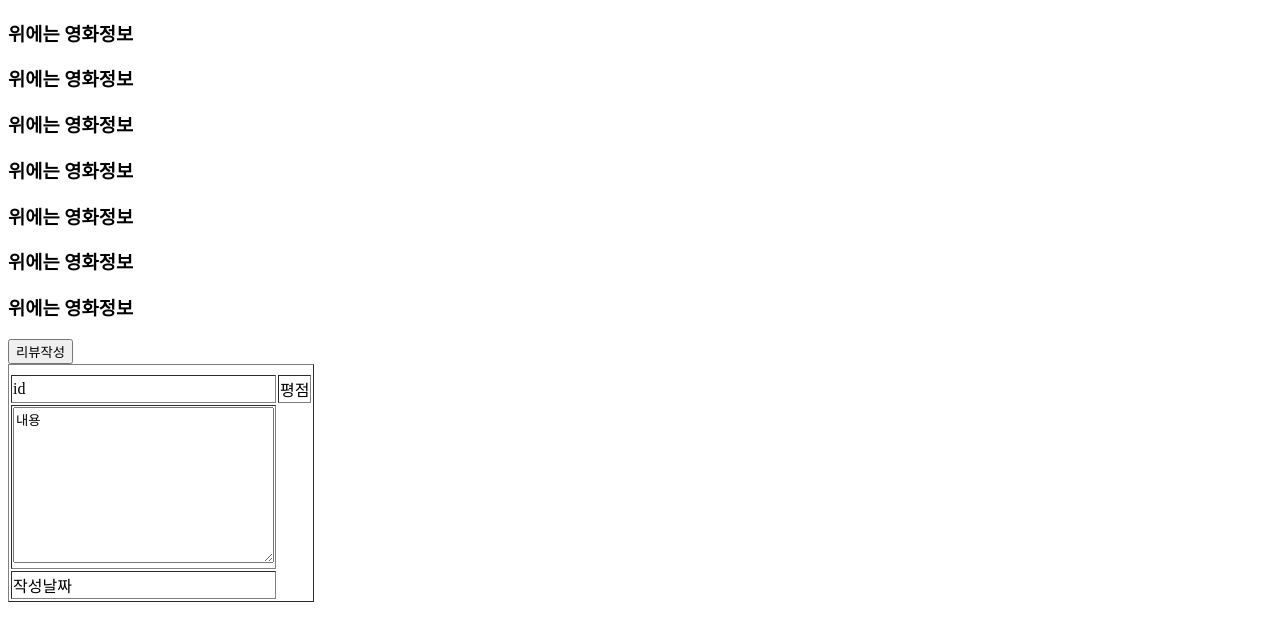
Repository: homerking-092/project
Page: http://localhost/MovieProject/review/review_list.jsp
These files come from the project's save history. The page is drawn as it stood at one moment and after the next save; the edit follows.
The browser window is 1280 px wide. The pictures show the whole page.
The page is served by Tomcat 9. Other server files are loaded and not shown.

Above is the page before, as saved 2021-08-15 09:03:39.

### MovieProject/WebContent/review/review_list.jsp
<%@ page language="java" contentType="text/html; charset=EUC-KR"
	pageEncoding="EUC-KR"%>
<!DOCTYPE html>
<html>
<head>
<meta charset="EUC-KR">
<title>Insert title here</title>
</head>
<body>


	<h3>위에는 영화정보</h3>
	<h3>위에는 영화정보</h3>
	<h3>위에는 영화정보</h3>
	<h3>위에는 영화정보</h3>
	<h3>위에는 영화정보</h3>
	<h3>위에는 영화정보</h3>
	<h3>위에는 영화정보</h3>


	<a href="/MovieProject/review/review_write_form.jsp"><input type="button" value="리뷰작성"> </a>
	<table border="1">
		<tr></tr>
		<tr></tr>
		<tr></tr>
		<tr></tr>

		<tr>

			<td>id</td>
			<td>평점</td>

		</tr>
		<tr>
			<td><textarea rows="10" cols="30">내용</textarea></td>

		</tr>
		<tr>
			<td>작성날짜</td>

		</tr>

	</table>
</body>
</html>

After the next save:
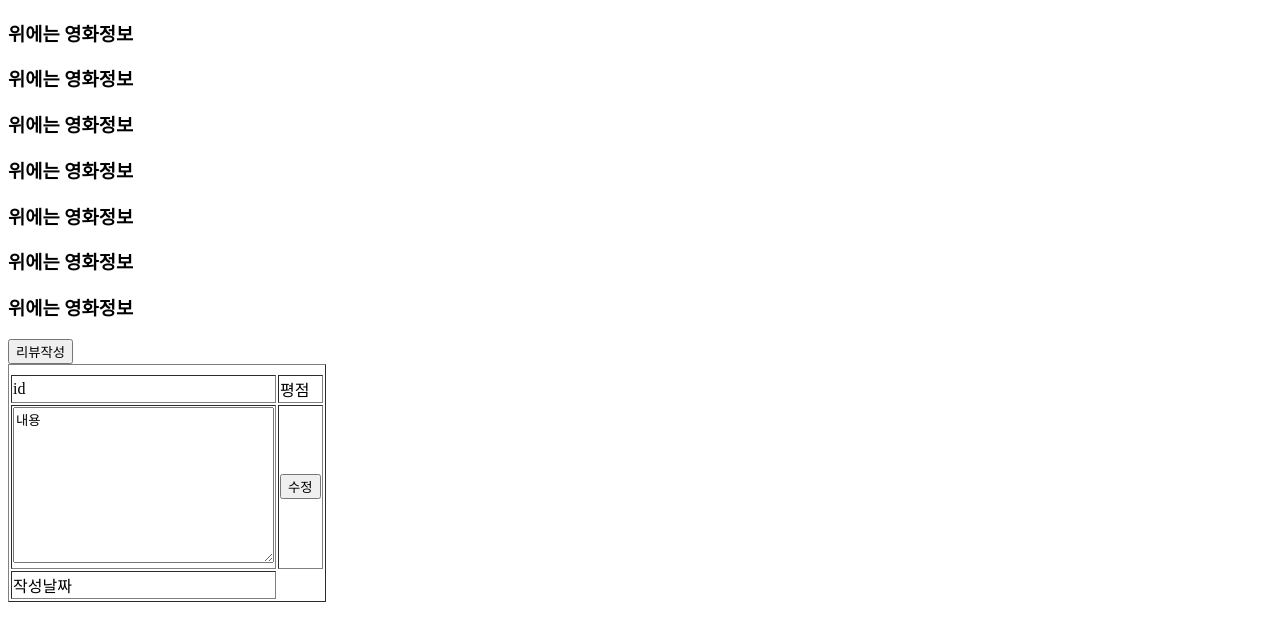
Saved 7 min 14 s later.
--- a/MovieProject/WebContent/review/review_list.jsp
+++ b/MovieProject/WebContent/review/review_list.jsp
@@ -33,6 +33,7 @@
 		</tr>
 		<tr>
 			<td><textarea rows="10" cols="30">내용</textarea></td>
+			<td><a href=""> <input type="button" value="수정"></a></td>
 
 		</tr>
 		<tr>

After the save that followed:
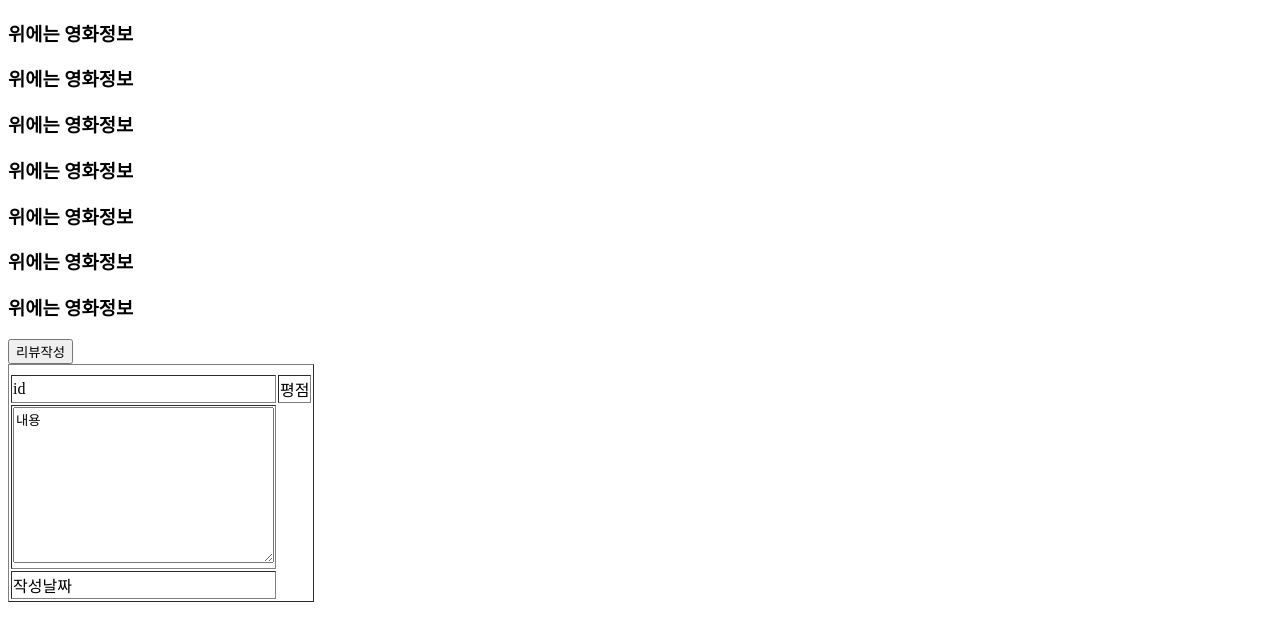
Saved 21 s later.
--- a/MovieProject/WebContent/review/review_list.jsp
+++ b/MovieProject/WebContent/review/review_list.jsp
@@ -33,7 +33,6 @@
 		</tr>
 		<tr>
 			<td><textarea rows="10" cols="30">내용</textarea></td>
-			<td><a href=""> <input type="button" value="수정"></a></td>
 
 		</tr>
 		<tr>
